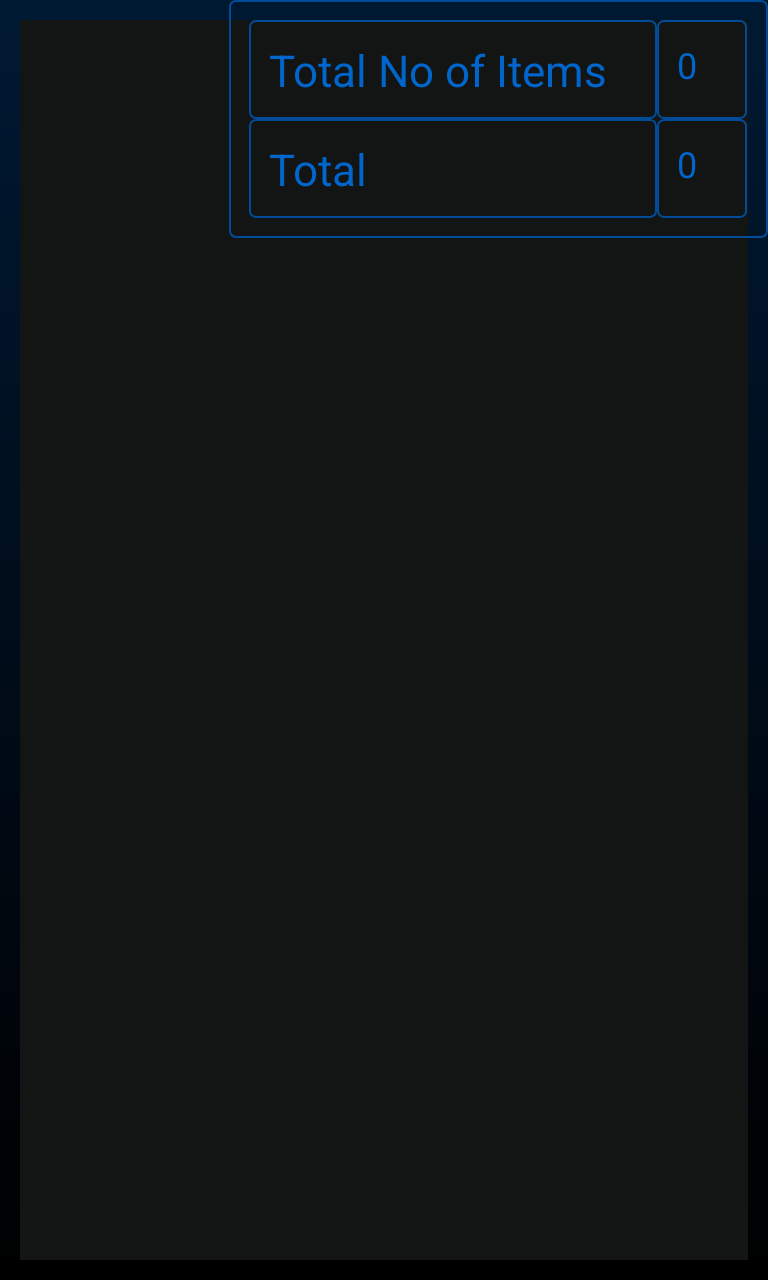
Repository: jasleen1291/B2BMobileApplication
Layout: Mobile E Commerce/B2B/res/layout/order_item.xml
The author's editor kept a copy of each file at every save. The layout is drawn from the files as they stood at one save, then again after the next save.
It is drawn on a 768 x 1280 px phone screen (xhdpi) without system bars, with theme mycustomtheme; the app's code is not run.

Above is the layout before, as saved 2013-05-25 14:33:44.

### Mobile E Commerce/B2B/res/layout/order_item.xml
<?xml version="1.0" encoding="utf-8"?>
<LinearLayout xmlns:android="http://schemas.android.com/apk/res/android"
    android:layout_width="match_parent"
    android:layout_height="match_parent"
    android:orientation="horizontal" >

    <ImageView
        android:id="@+id/imageView1"
        android:layout_width="0dp"
        android:layout_height="wrap_content"
        android:layout_weight="2.99"
        android:contentDescription="@string/action_forgot_password"
        android:src="@drawable/cell_shape" />

    <TableLayout
        android:layout_width="0dp"
        android:layout_height="wrap_content"
        android:layout_weight="7"
        android:background="@drawable/textview_border"
        android:stretchColumns="*" >

        <TableRow
            android:id="@+id/tableRow6"
            android:layout_width="wrap_content"
            android:layout_height="wrap_content" >

            <TextView
                android:id="@+id/textView3"
                android:layout_width="wrap_content"
                android:layout_height="wrap_content"
                android:background="@drawable/textview_border"
                android:text="@string/totalitems"
                android:textAppearance="?android:attr/textAppearanceLarge" />

            <TextView
                android:id="@+id/totalitems"
                android:layout_width="wrap_content"
                android:layout_height="match_parent"
                android:background="@drawable/textview_border"
                android:text="@string/zero"
                android:textAppearance="?android:attr/textAppearanceMedium" />
        </TableRow>

        <TableRow
            android:layout_width="wrap_content"
            android:layout_height="wrap_content" >

            <TextView
                android:id="@+id/textView1"
                android:layout_width="wrap_content"
                android:layout_height="wrap_content"
                android:background="@drawable/textview_border"
                android:text="@string/total"
                android:textAppearance="?android:attr/textAppearanceLarge" />

            <TextView
                android:id="@+id/total"
                android:layout_width="match_parent"
                android:layout_height="match_parent"
                android:background="@drawable/textview_border"
                android:text="@string/zero"
                android:textAppearance="?android:attr/textAppearanceMedium" />
        </TableRow>
    </TableLayout>

</LinearLayout>

### Mobile E Commerce/B2B/res/values/mycustomtheme.xml
<?xml version="1.0" encoding="utf-8"?>
<resources xmlns:android="http://schemas.android.com/apk/res/android">
    <style name="mycustomtheme" parent="@android:style/Theme.NoTitleBar.Fullscreen">
        <item name="android:windowBackground">@drawable/mybg</item>
       	<item name="android:textColor">#0066cc</item>
       	<item name="android:textColorHint">#51BFE2</item>
    </style>

</resources>

### Mobile E Commerce/B2B/res/drawable/mybg.xml
<?xml version="1.0" encoding="utf-8"?>
<layer-list  xmlns:android="http://schemas.android.com/apk/res/android">
    <item>
<shape android:shape="rectangle">



        <gradient android:startColor="#001933"  android:endColor="#000" android:angle="270"/>


</shape>
</item>
<item android:left="10dp" android:top="10dp" android:right="10dp" android:bottom="10dp">

<shape android:shape="rectangle">



        <solid android:color="#131414"></solid>


</shape>
</item>
</layer-list>

### Mobile E Commerce/B2B/res/values/strings_activity_login.xml
<resources>

    <string name="title_activity_login">Sign in</string>

    <!-- Strings related to login -->
    <string name="prompt_email">Username</string>
    <string name="prompt_password">Password</string>
    <string name="action_sign_in_register"><b>Sign in</b> or register</string>
    <string name="action_sign_in_short">Sign in</string>
    <string name="action_forgot_password">Recover lost password</string>
    <string name="login_progress_signing_in">Signing in&#8230;</string>
    <string name="error_invalid_email">This email address is invalid</string>
    <string name="error_invalid_password">This password is too short</string>
    <string name="error_incorrect_password">This password is incorrect</string>
    <string name="error_field_required">This field is required</string>
    <string name="login">Login</string>

</resources>

### Mobile E Commerce/B2B/res/drawable/cell_shape.xml
<?xml version="1.0" encoding="utf-8"?>
<shape
  xmlns:android="http://schemas.android.com/apk/res/android"
    android:shape= "rectangle"  >
        <solid android:color="#000"/>
        <stroke android:width="1dp"  android:color="#333"/>
</shape>

### Mobile E Commerce/B2B/res/drawable/textview_border.xml
<?xml version="1.0" encoding="utf-8"?>
<shape xmlns:android="http://schemas.android.com/apk/res/android" android:shape="rectangle">
    <corners android:radius="3dp"></corners>
	<stroke android:width="1dp" android:color="#004C99"/>
	<padding android:left="10dp" android:top="10dp" android:right="10dp" android:bottom="10dp"/>
</shape>

### Mobile E Commerce/B2B/res/values/strings.xml
<?xml version="1.0" encoding="utf-8"?>
<resources>

    <string name="app_name">B2B</string>
    <string name="action_settings">Settings</string>
    <string name="hello_world">Hello world!</string>
    <string name="Loading">Loading&#8230;&#8230;&#8230;</string>
    <string name="title_activity_sign_up">Sign Up</string>

    <string-array name="signUpAsArray">
        <item>Customer</item>
        <item>Retailer</item>
        <item>Supplier</item>
    </string-array>

    <string name="title_activity_registeration">RegisterationActivity</string>
    <string name="title_activity_customer_area">CustomerArea</string>
    <string name="welcome">Welcome</string>
    <string name="title_activity_admin_area">Admin_area</string>
    <string name="general_complaint_fragment">General Complaint</string>
    <string name="hello_blank_fragment">Hello blank fragment</string>
    <string name="general_complaint">General Complaint</string>
    <string name="respond">Respond</string>
    <string name="submit">Submit</string>
    <string name="addcategory">Parent Category</string>
    <string name="categoryhint">Category</string>
    <string name="AddParentCategory">Add super category</string>
    <string name="complaintAbout">Complaint About</string>
    <string name="complainFrom">Complaint From</string>
    <string name="itemComplaint">Complaints about Items</string>
    <string name="shopComplaint">Complaint about shop</string>
    <string name="generalNotification">General Notification</string>
    <string name="urgentNotification">Urgent Notification</string>
    <string name="title">Title</string>
    <string name="message">Message</string>
    <string name="markAll">Mark all</string>
    <string name="advertisementPricing">Advertisement Pricing</string>
    <string name="desc">Description</string>
    <string name="days">No of days</string>
    <string name="cost">Cost</string>
    <string name="size">Size of advertisement</string>
    <string name="type">Type</string>
    <string name="fine">Fine</string>
    <string name="pickCategory">Pick a Category</string>

    <string-array name="typeArray">
        <item>Retailer</item>
        <item>Supplier</item>
    </string-array>

    <string name="update">Update</string>
    <string name="delete">Delete</string>
    <string name="view_advertisement">View Advertisements</string>
    <string name="noofcategories">No of Categories</string>
    <string name="shoppricing">Shop Pricing</string>
    <string name="view_fine_pricing">View Fine Pricing</string>
    <string name="shop_pricing">Shop Pricing</string>
    <string name="subCategory">Add Sub Category</string>
    <string name="addshop">Add Shop</string>
    <string name="title_activity_pay_fine">Pay Fine</string>
    <string name="finetitle">Your account has been suspended by the admin. Pay fine to continue using this applciation.</string>
    <string name="fineabc">Your payment has been received. Your account will now be restored. Please wait few minutes</string>
    <string name="title_activity_retailer_area">Retailer_area</string>
    <string name="title_activity_first_time_login">FirstTimeLogin</string>
    <string name="EditMyCategories">Edit My Categories</string>
    <string name="addnewitem">Add New Item</string>
    <string name="itemname">Item Name</string>
    <string name="longdescription">Long Description</string>
    <string name="qtyperunit">Qty Per unit</string>
    <string name="unit_of_measurement">Unit of Measurement</string>
    <string name="shopName">Shop Name</string>
    <string name="description">Description</string>
    <string name="categoriesAllowed">No of categories allowed</string>
    <string name="itemsSelling">No of Items Selling</string>
    <string name="itemsAvailable">No of Items not Selling</string>
    <string name="expirydate">Expiry Date</string>
    <string name="paymentEmail">Payment Email</string>
    <string name="selectcategory">Select a Category</string>
    <string name="clicktochange">Click On Image To Change It</string>
    <string name="cp">C.P.</string>
    <string name="sp">S.P.</string>
    <string name="minorder">Min order</string>
    <string name="discount">Discount</string>
    <string name="qtyonorder">Qty. On Order</string>
    <string name="qtyonhand">Qty. On Hand</string>
    <string name="qty">Qty.</string>
    <string name="viewdetails">View Details</string>
    <string name="note">Long Click on Image to view expanded image</string>
    <string name="chngImg">Change Image</string>
    <string name="addWarehouse">Add Warehouse</string>
    <string name="name">Name</string>
    <string name="cancel">Cancel</string>
    <string name="itemavailabilty">Item Availabilty</string>
    <string name="batchDiscounts">Batch Discounts</string>
    <string name="clicktoupdate">Click to Update</string>
    <string name="add">Add</string>
    <string name="place_order">Place Order</string>
    <string name="Method">Method</string>
    <string name="warehouse">Warehouse</string>
    <string-array name="ordervia">
        <item >Email</item>
        <item >SMS</item>
        <item >Phone</item>
    </string-array>
        <string name="total">Total</string>
        <string name="zero">0</string>
        <string name="totalitems">Total No of Items</string>

</resources>

After the next save:
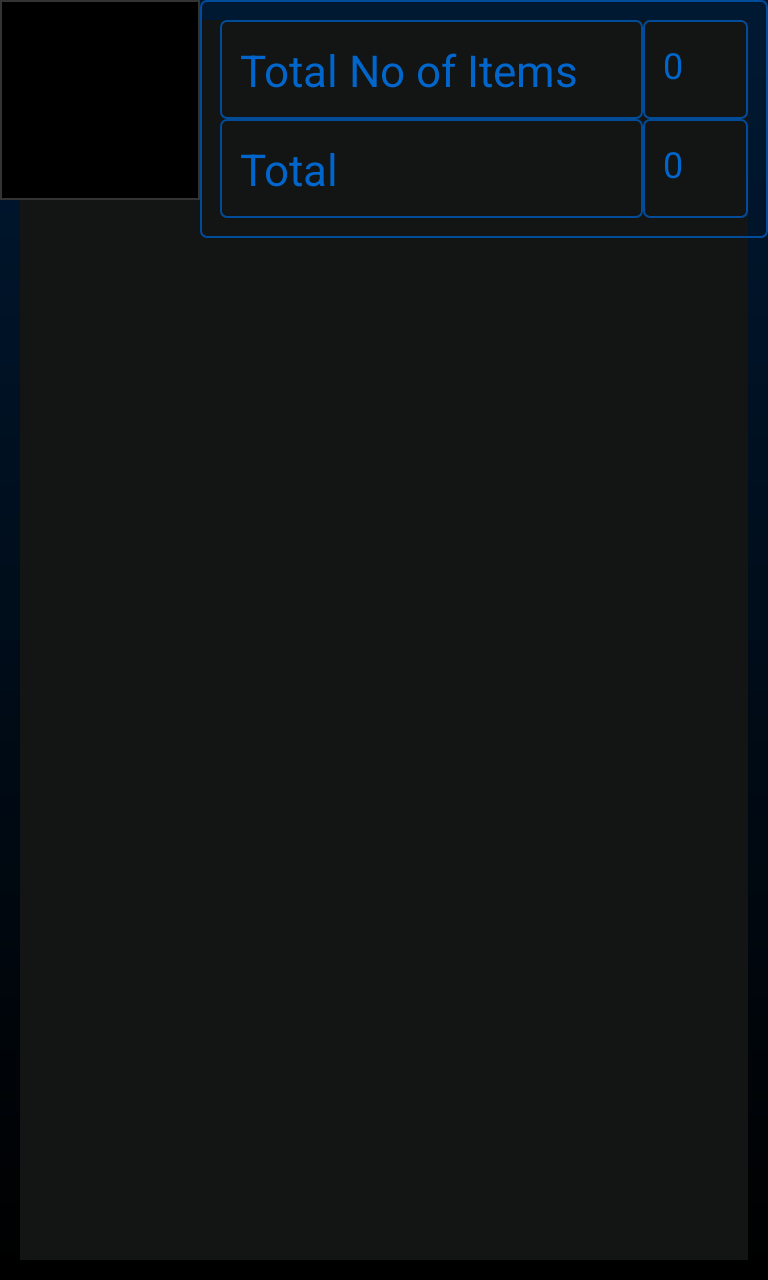
Saved 24 s later.
--- a/Mobile E Commerce/B2B/res/layout/order_item.xml
+++ b/Mobile E Commerce/B2B/res/layout/order_item.xml
@@ -6,61 +6,60 @@
 
     <ImageView
         android:id="@+id/imageView1"
-        android:layout_width="0dp"
-        android:layout_height="wrap_content"
-        android:layout_weight="2.99"
+        android:layout_width="100dp"
+        android:layout_height="100dp"
         android:contentDescription="@string/action_forgot_password"
         android:src="@drawable/cell_shape" />
+    <TableLayout
+                    android:layout_width="match_parent"
+                    android:layout_height="wrap_content"
+                    android:stretchColumns="*"
+                    android:background="@drawable/textview_border" >
 
-    <TableLayout
-        android:layout_width="0dp"
-        android:layout_height="wrap_content"
-        android:layout_weight="7"
-        android:background="@drawable/textview_border"
-        android:stretchColumns="*" >
+                    <TableRow
+                        android:id="@+id/tableRow6"
+                        android:layout_width="wrap_content"
+                        android:layout_height="wrap_content" >
 
-        <TableRow
-            android:id="@+id/tableRow6"
-            android:layout_width="wrap_content"
-            android:layout_height="wrap_content" >
+                        <TextView
+                            android:id="@+id/textView3"
+                            android:layout_width="wrap_content"
+                            android:layout_height="wrap_content"
+                            android:background="@drawable/textview_border"
+                            android:text="@string/totalitems"
+                            android:textAppearance="?android:attr/textAppearanceLarge" />
 
-            <TextView
-                android:id="@+id/textView3"
-                android:layout_width="wrap_content"
-                android:layout_height="wrap_content"
-                android:background="@drawable/textview_border"
-                android:text="@string/totalitems"
-                android:textAppearance="?android:attr/textAppearanceLarge" />
+                        <TextView
+                            android:id="@+id/totalitems"
+                            android:layout_width="wrap_content"
+                            android:layout_height="match_parent"
+                            android:background="@drawable/textview_border"
+                            android:text="@string/zero"
+                            android:textAppearance="?android:attr/textAppearanceMedium" />
+                    </TableRow>
 
-            <TextView
-                android:id="@+id/totalitems"
-                android:layout_width="wrap_content"
-                android:layout_height="match_parent"
-                android:background="@drawable/textview_border"
-                android:text="@string/zero"
-                android:textAppearance="?android:attr/textAppearanceMedium" />
-        </TableRow>
+                    <TableRow
+                        android:layout_width="wrap_content"
+                        android:layout_height="wrap_content" >
 
-        <TableRow
-            android:layout_width="wrap_content"
-            android:layout_height="wrap_content" >
+                        <TextView
+                            android:id="@+id/textView1"
+                            android:layout_width="wrap_content"
+                            android:layout_height="wrap_content"
+                            android:background="@drawable/textview_border"
+                            android:text="@string/total"
+                            android:textAppearance="?android:attr/textAppearanceLarge" />
 
-            <TextView
-                android:id="@+id/textView1"
-                android:layout_width="wrap_content"
-                android:layout_height="wrap_content"
-                android:background="@drawable/textview_border"
-                android:text="@string/total"
-                android:textAppearance="?android:attr/textAppearanceLarge" />
+                        <TextView
+                            android:id="@+id/total"
+                            android:layout_width="match_parent"
+                            android:layout_height="match_parent"
+                            android:background="@drawable/textview_border"
+                            android:text="@string/zero"
+                            android:textAppearance="?android:attr/textAppearanceMedium" />
 
-            <TextView
-                android:id="@+id/total"
-                android:layout_width="match_parent"
-                android:layout_height="match_parent"
-                android:background="@drawable/textview_border"
-                android:text="@string/zero"
-                android:textAppearance="?android:attr/textAppearanceMedium" />
-        </TableRow>
-    </TableLayout>
+                    </TableRow>
+
+                </TableLayout>
 
 </LinearLayout>
